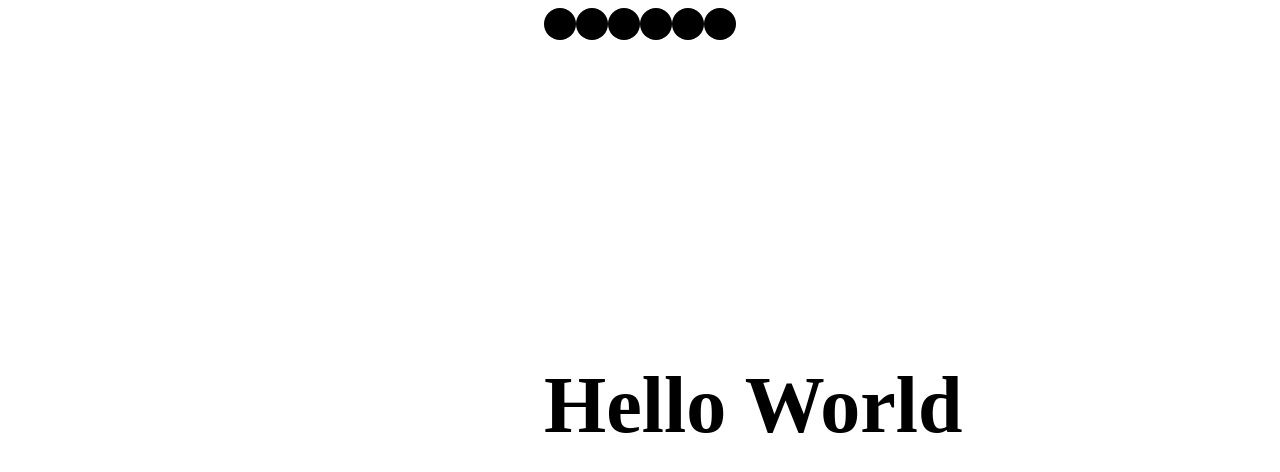
Repository: sarahlochhead/css-demo
Page: index.html
The author's editor kept a copy of each file at every save. The page is drawn from the files as they stood at one save, then again after the next save.
The browser window is 1280 px wide. The pictures show the whole page.

Above is the page before, as saved 2023-04-28 12:19:34.

### index.html
<!DOCTYPE html>
<html lang="en">
<head>
    <meta charset="UTF-8">
    <meta http-equiv="X-UA-Compatible" content="IE=edge">
    <meta name="viewport" content="width=device-width, initial-scale=1.0">
    <title>Light It Up Demo</title>
    <link rel="stylesheet" href="styles.css">
</head>
<body>
    <header>
        <h1>Hello World</h1>
    </header>
   <div class="small"></div>
   <div class="small"></div>
   <div class="small"></div>
   <div class="small"></div>
   <div class="small"></div>
   <div class="small"></div>





</body>
</html>

### styles.css
@charset "utf-8";

body {
    display: flex;
    justify-content: center;
    align-items: center;
}

h1 {
    position: absolute;
    top: 50%;
    font-size: 5rem;
    margin: 0 auto;
}

.small {
    height: 2rem;
    width: 2rem;
    border-radius: 100%;
    background-color: black;

}

After the next save:
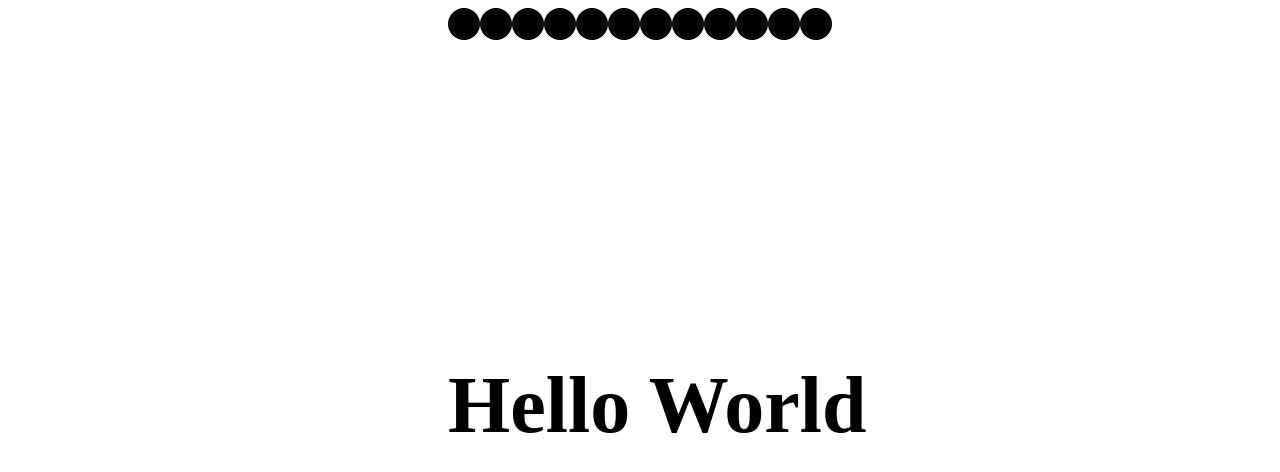
Saved 12 s later.
--- a/index.html
+++ b/index.html
@@ -17,6 +17,12 @@
    <div class="small"></div>
    <div class="small"></div>
    <div class="small"></div>
+   <div class="small"></div>
+   <div class="small"></div>
+   <div class="small"></div>
+   <div class="small"></div>
+   <div class="small"></div>
+   <div class="small"></div>
 
 
 
